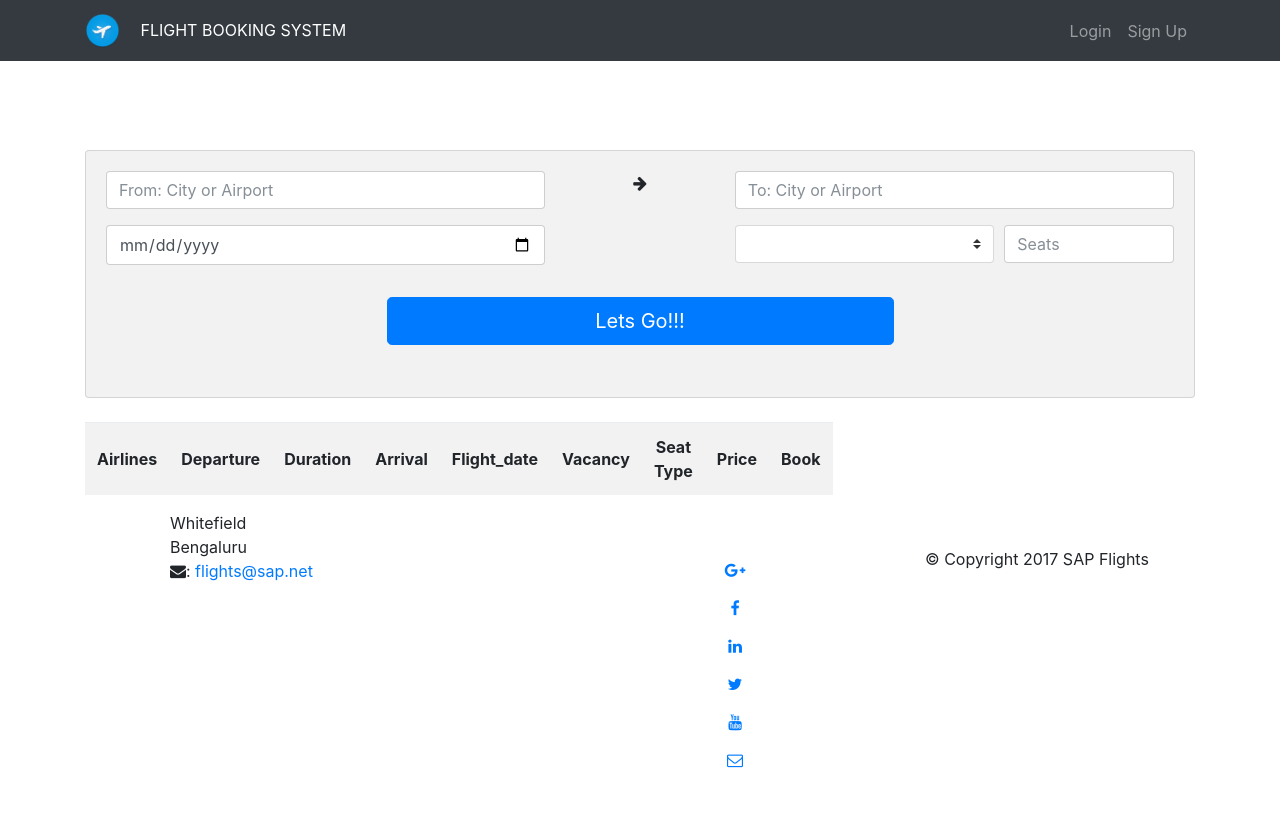
Repository: yashtatia/Spring-Practice
Page: http://localhost/FitnessTracker/WEB-INF/jsp/flightpage.jsp
The author's editor kept a copy of each file at every save. The page is drawn from the files as they stood at one save, then again after the next save.
The browser window is 1280 px wide. The pictures show the whole page.
Some web libraries are served in a nearby version. The page is served by Tomcat 9. Nobody is signed in. The template is opened directly, without the code that normally fills it, so the values that code supplies are empty.

Above is the page before, as saved 2017-09-05 20:09:26.

After the next save:
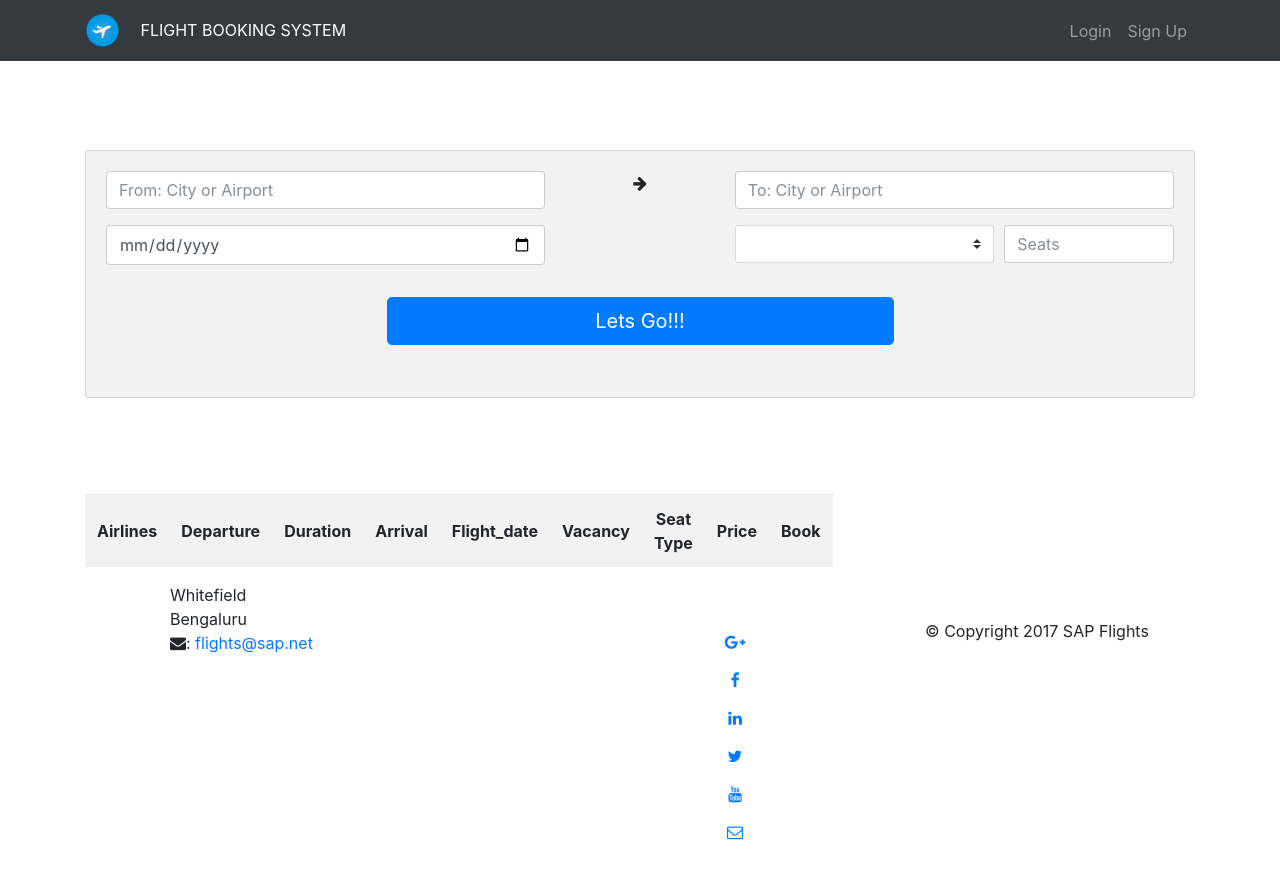
Saved 20 s later.
--- a/FitnessTracker/src/main/webapp/WEB-INF/jsp/flightpage.jsp
+++ b/FitnessTracker/src/main/webapp/WEB-INF/jsp/flightpage.jsp
@@ -60,7 +60,7 @@
 		</div>
 	</div>
 	<div class="container">
-		<br/>
+		<br/><br/><br/><br/>
 		<div class="row row-content">
 			<div class="col-lg-8 col-lg-offset-2" >
 				<table class="table table-striped table-hover">

After the save that followed:
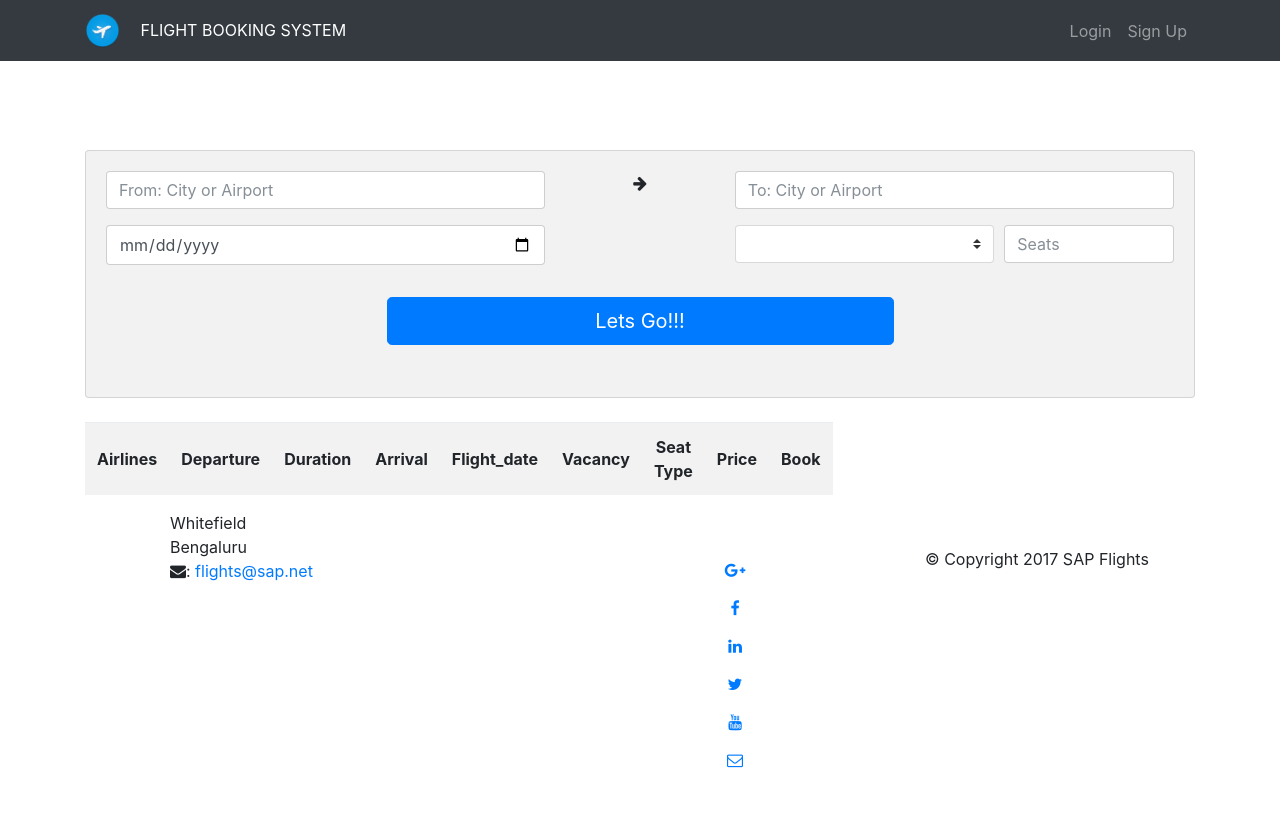
Saved 16 s later.
--- a/FitnessTracker/src/main/webapp/WEB-INF/jsp/flightpage.jsp
+++ b/FitnessTracker/src/main/webapp/WEB-INF/jsp/flightpage.jsp
@@ -60,7 +60,7 @@
 		</div>
 	</div>
 	<div class="container">
-		<br/><br/><br/><br/>
+		<br/>
 		<div class="row row-content">
 			<div class="col-lg-8 col-lg-offset-2" >
 				<table class="table table-striped table-hover">
